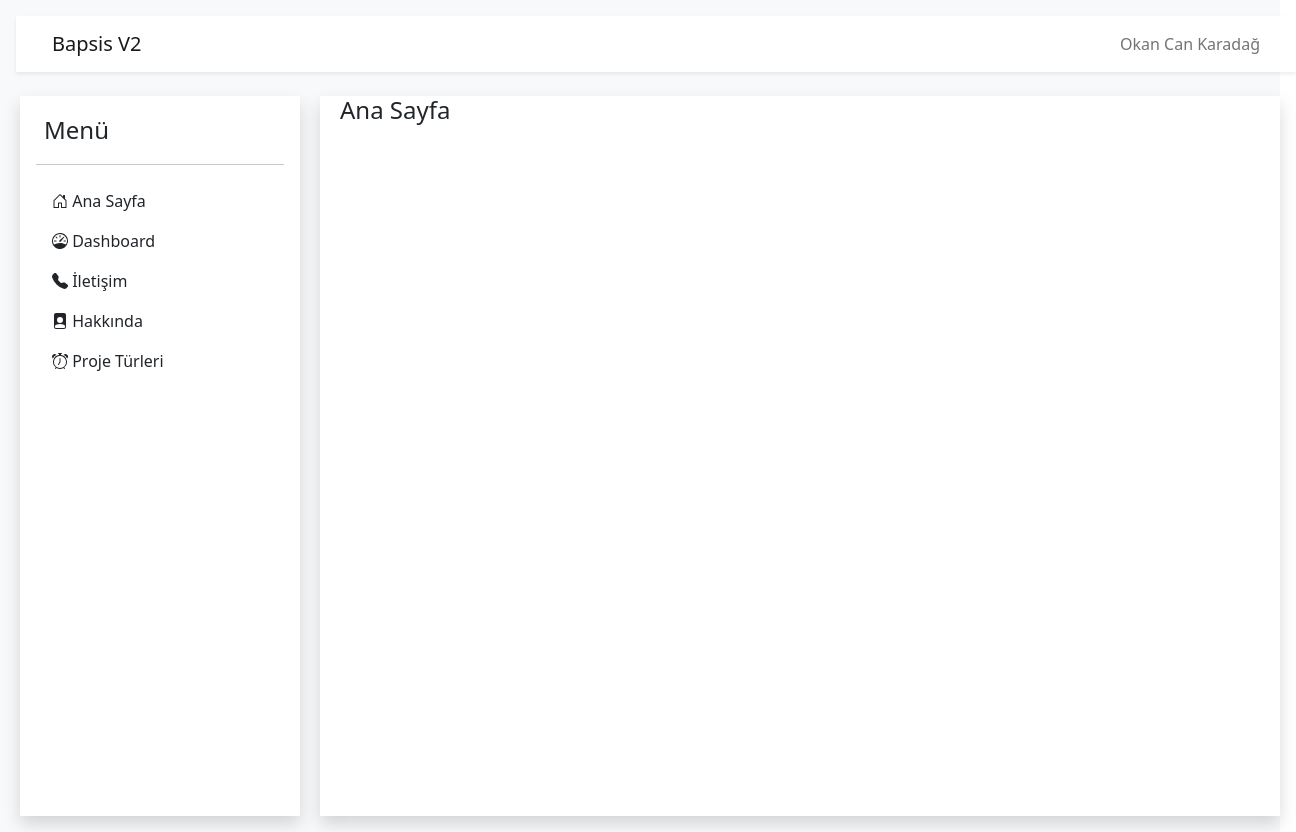
Repository: okankrdg/ReactCoreTemplate
Page: / (app in ReactCoreTemplate/client/)
An editor plug-in stored every save of this project. The page is shown before and after the next save, followed by the edit.
The browser window is 1280 px wide. The page is 1296 px wide, so the pictures cover 1296 px, including what lies to the right of the window. The pictures show the whole page.
The project was rebuilt for these pictures with package versions that can differ from the ones it lists, and the page was loaded fresh each time. Also part of the build but not shown: ReactCoreTemplate/client/src/Pages/ProjectTypes.js.

Above is the page before, as saved 2021-09-06 23:57:06.

After the next save:
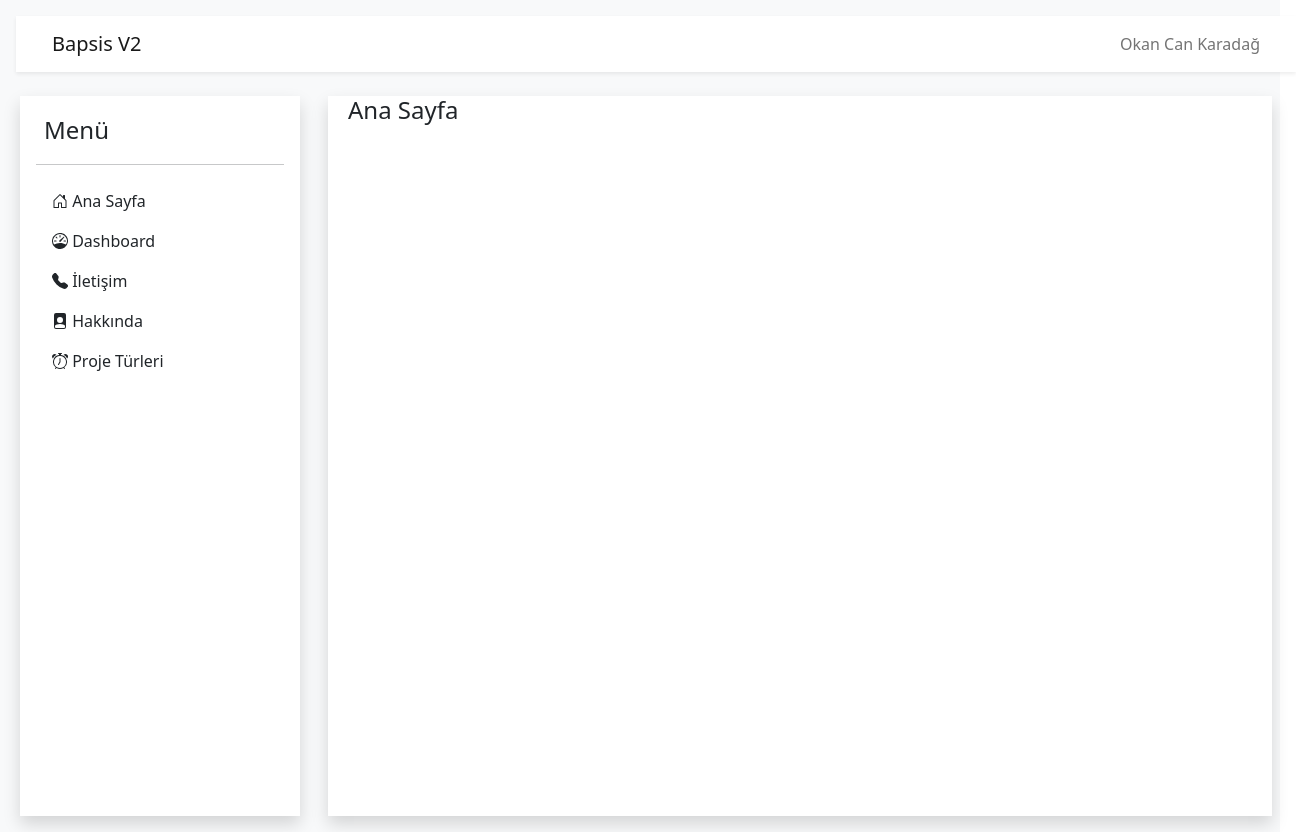
Saved 84 s later.
--- a/ReactCoreTemplate/client/src/components/Layout.js
+++ b/ReactCoreTemplate/client/src/components/Layout.js
@@ -11,7 +11,7 @@ const Layout = ({ children }) => {
             <NavigationMenu />
           </div>
         </div>
-        <div className="col bg-white shadow">{children}</div>
+        <div className="col bg-white shadow mx-2">{children}</div>
       </div>
     </div>
   );
